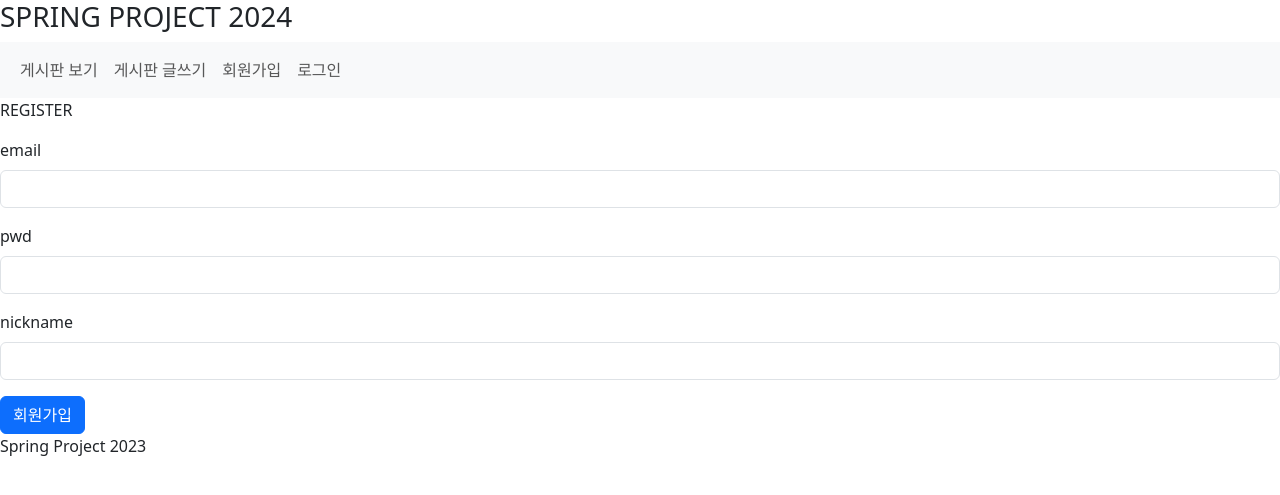
Repository: Bitmul/SpringProject2024
Page: http://localhost/_spring_test2/WEB-INF/views/member/login.jsp
These files come from the project's save history. The page is drawn as it stood at one moment and after the next save; the edit follows.
The browser window is 1280 px wide. The pictures show the whole page.
The page is served by Tomcat 9. Nobody is signed in. The template is opened directly, without the code that normally fills it, so the values that code supplies are empty.

Above is the page before, as saved 2024-01-15 01:10:51.

After the next save:
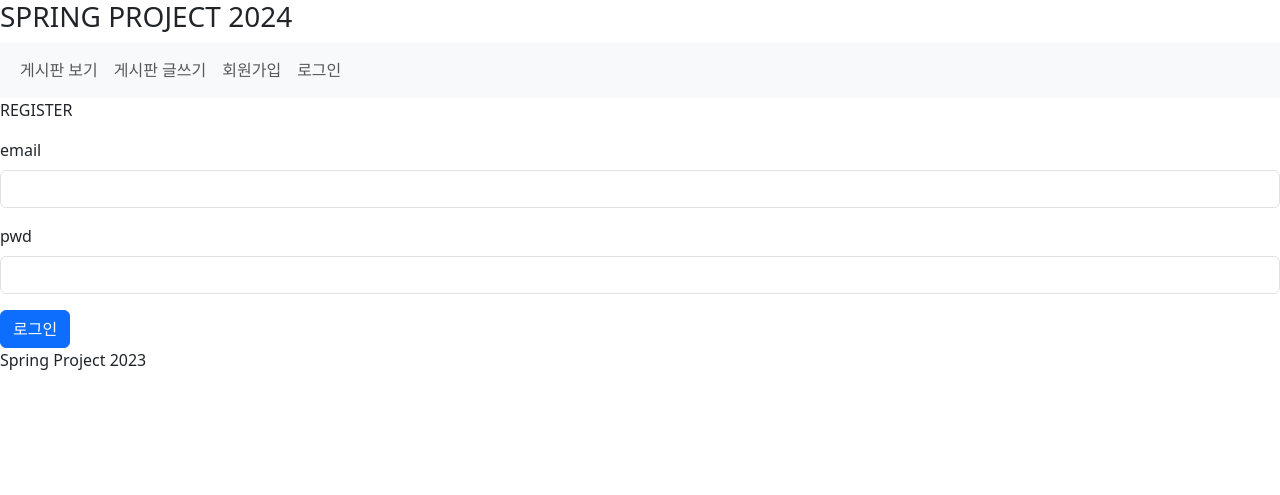
Saved 22 s later.
--- a/_spring_test2/src/main/webapp/WEB-INF/views/member/login.jsp
+++ b/_spring_test2/src/main/webapp/WEB-INF/views/member/login.jsp
@@ -4,7 +4,7 @@
 <jsp:include page="../layout/header.jsp"></jsp:include>
 <jsp:include page="../layout/nav.jsp"></jsp:include>
 <p>REGISTER
-<form action="/member/register" method="post">
+<form action="/member/login" method="post">
 	<div class="mb-3">
 		<label for="c" class="form-label">email</label> <input type="email"
 			class="form-control" name="email" id="email">
@@ -13,10 +13,6 @@
 		<label for="w" class="form-label">pwd</label> <input type="password"
 			class="form-control" name="pwd" id="pwd">
 	</div>
-	<div class="mb-3">
-		<label for="w" class="form-label">nickname</label> <input type="text"
-			class="form-control" name="nickname" id="nickname">
-	</div>
-	<button type="submit" class="btn btn-primary">회원가입</button>
+	<button type="submit" class="btn btn-primary">로그인</button>
 </form>
 <jsp:include page="../layout/footer.jsp"></jsp:include>
